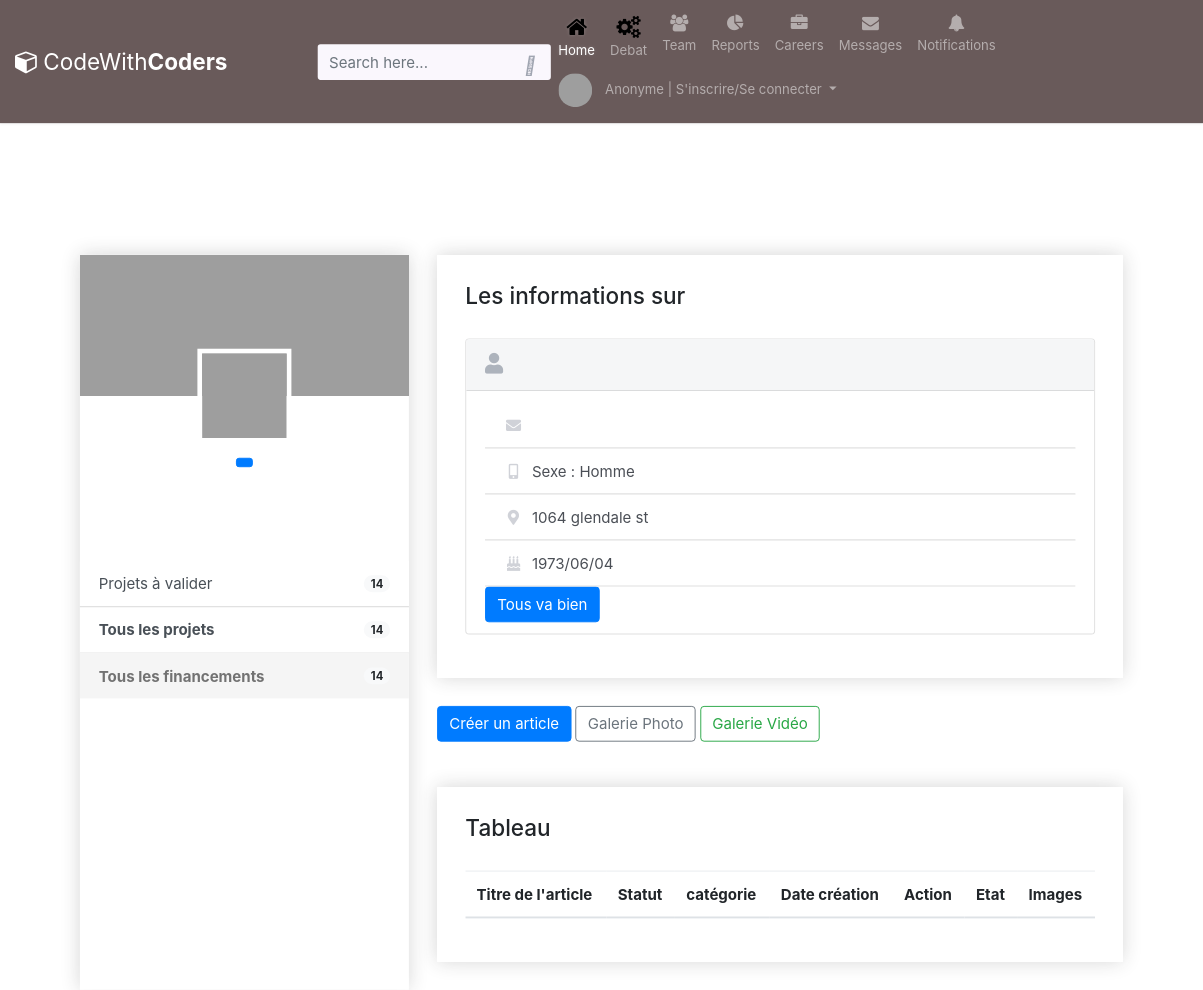
Repository: Yekpahi/Inews-symfony-news-app
Page: templates/user/user.html.twig
The author's editor kept a copy of each file at every save. The page is drawn from the files as they stood at one save, then again after the next save.
The browser window is 1280 px wide. The pictures show the whole page, at 94% of full size.
Pictures or frames that could not be fetched are drawn as grey boxes. Some web fonts or font styles are not loaded; a fallback is used. Some web libraries are served in a nearby version. The page is a Twig template of a Symfony application; nobody is signed in and links lead nowhere. The template is opened directly, without the code that normally fills it, so the values that code supplies are empty.

Above is the page before, as saved 2021-12-02 00:19:55.
Console error: TypeError: Cannot read properties of null (reading 'addEventListener')

### templates/user/user.html.twig
{% extends 'base.html.twig' %}

{% block title %}Ajouter un article!
{% endblock %}

{% block body %}

	{% block stylesheets %}
		<!--load all styles -->
		<link href="https://cdnjs.cloudflare.com/ajax/libs/twitter-bootstrap/4.1.3/css/bootstrap.min.css" rel="stylesheet"/>
		<link rel="stylesheet" type="text/css" href=" {{asset ('assets/css/user/user.css')}}"/>
	{% endblock %}

	<!--- Header -->

	<!-- Debut header-->
	{% block header %}
		{% include "header/header.html.twig" %}
	{% endblock %}


	<!--- Fin Header -->

	{% block visiteur %}
		{% include "user/myprofile.html.twig" %}
	{% endblock %}


{% endblock %}
{% block javascripts %}{% endblock %}

### templates/base.html.twig
<!DOCTYPE html>
<html>
	<head>
		<meta charset="UTF-8">
		<meta name="viewport" content="width=device-width, initial-scale=1">
		<title>
			{% block title %}Welcome!
			{% endblock %}
		</title>
		<link rel="stylesheet" href="https://pro.fontawesome.com/releases/v5.10.0/css/all.css" integrity="sha384-AYmEC3Yw5cVb3ZcuHtOA93w35dYTsvhLPVnYs9eStHfGJvOvKxVfELGroGkvsg+p" crossorigin="anonymous"/>
		{% block stylesheets %}
			{{ encore_entry_link_tags('app') }}

		{% endblock %}


	</head>
	<body>
		{% block body %}{% endblock %}
	</body>


	<script src="{{ asset('assets/script/images.js')}}"></script>
	<script src="{{ asset('assets/script/profile-membre.js')}}"></script>
	<script src="https://code.jquery.com/jquery-3.5.1.min.js"></script>
	<script src="https://cdn.jsdelivr.net/npm/bootstrap@4.6.0/dist/js/bootstrap.bundle.min.js"></script>
	{% block javascripts %}
		{{ encore_entry_script_tags('app') }}
	{% endblock %}


</html>

### templates/user/myprofile.html.twig
{% block myprofile %}

	<section class="user-page section-padding">
		<div class="container">
			<div class="row align-items-stretch">
				<div class="col-lg-4 col-md-5 col-xs-12">
					<div class="user-profile-box">
						<div class="header clearfix d-flex flex-column align-items-center">
							<h2>{{app.user.firstName}}
								{{app.user.lastName}}</h2>

							{% if app.user.avatar %}
								<img id="g-profile-img" class="img-fuid mb-3" alt="photo de {{ app.user.firstName }} {{ app.user.firstName }}" src="{{asset(('uploads/images/avatar/' ~ app.user.avatar)|imagine_filter('avatar')) }}">

							{% else %}
								<img id="g-profile-img" class="img-fuid mb-3" width="80" height="80" alt="avatar" src="{{ asset('uploads/images/avatars/avatar.jpg')}}">
							{% endif %}
						</div>
						<div class="mt-1 d-flex justify-content-center">
							<button class="btn btn-primary btn-sm mt-3">
								{% if app.user.roles[0] == "ROLE_USER" %}
									Visiteur
								{% elseif app.user.roles[0] == "ROLE_REDACTOR" %}
									Rédacteur
								{% elseif app.user.roles[0] == "ROLE_ADMIN" %}
									Administrateur
								{% elseif app.user.roles[0] == "ROLE_CONTRIBUTOR" %}
									Contributeur
								{% endif %}
							</button>
						</div>
						<div class="detail clearfix">
							<ul class="list-group list-group-flush">
								<a href="" class="list-group-item list-group-item-action d-flex justify-content-between align-items-center">
									Projets à valider
									<span class="badge badge-light badge-pill">14</span>
								</a>
								<a href="" class="list-group-item list-group-item-action d-flex justify-content-between align-items-center">
									<strong>Tous les projets</strong>
									<span class="badge badge-light badge-pill">14</span>
								</a>
								<a href="" class="active list-group-item list-group-item-action d-flex justify-content-between align-items-center">
									<strong>Tous les financements</strong>
									<span class="badge badge-light badge-pill">14</span>
								</a>
							</div>
							<!-- Détail-->
						</div>
						<!-- User profile box-->
					</div>
					<div class="col-lg-8 col-md-7 col-xs-12">
						<div class="dashborad-box">
							<h4 class="title">Les informations sur
								{{app.user.firstName}}
								{{app.user.lastName}}
							</h4>
							<div class="section-body">
								<section class="about mb-3">
									<div class="card mx-auto">
										<div class="card-header">
											<i class="fas fa-user mr-3"></i>
											<span>{{app.user.firstName}}
												{{app.user.lastName}}</span>
										</div>
										<div class="card-body">
											<ul class="list-group list-group-flush" data-target="personal-info">
												<li class="list-group-item">
													<i class="fas fa-envelope fa-fw"></i>
													<span>{{app.user.email}}</span>
												</li>

												<li class="list-group-item">
													<i class="fas fa-mobile-alt fa-fw"></i>
													{% if  app.user.sex == 0%}
														<span>
															Sexe : Homme</span>
													{% else %}
														<span>Sexe :  Femme</span>
													{% endif %}
												</li>

												<li class="list-group-item">
													<i class="fas fa-map-marker-alt fa-fw"></i>
													<span>1064 glendale st</span>
												</li>

												<li class="list-group-item">
													<i class="fas fa-birthday-cake fa-fw"></i>
													<span>1973/06/04</span>
												</li>

											</ul>
											{% if app.user %}

												{% else %}
													<a href="" type="button" class="btn btn-primary" data-toggle="button" aria-pressed="false" autocomplete="off">
														Tous va bien
													</a>
											{% endif %}

										</div>
									</div>
								</section>
								<!-- /about -->
								<!-- row -->
							</div>
							<!-- sbody -->
						</div>
						<a href="{{ path ('user_articles_ajout')}}" type="button" class="btn btn-primary mb-5">Créer un article</a>
						<button type="button" class="btn btn-outline-secondary mb-5 ">Galerie Photo</button>
						<button type="button" class="btn btn-outline-success mb-5">Galerie Vidéo</button>

						<!-- dashbox -->
						<div class="dashborad-box">
							<h4 class="title">Tableau</h4>
							<div class="section-body">

								<div class="table-responsive">
									<table class="table table-striped">
										<thead>
											<th>Titre de l'article</th>
											<th>Statut</th>
											<th>catégorie</th>
											<th>Date création</th>
											<th>Action</th>
											<th>Etat</th>
											<th>Images</th>
										</thead>
										{% for article in app.user.articles %}
											<tbody>
												<tr>
													<td>
														{{ article.title}}</td>
													<td>

														{% if article.active %}
															<span class="badge badge-pill badge-success">Activé</span>

														{% else %}
															<span class="badge badge-pill badge-danger">Desactivé</span>
														{% endif %}


													</td>
													<td>
														<span class="g-auteur">
															{{ article.categories.name}}</span>
														<br/>

													</td>
													<td>{{article.createdAt|date}}</td>
													<td>
														<a href="{{path('users_articles_delete',{id:article.id})}}">
															<span class="g-action fa fa-trash"></span>
														</a>
														<a href="{{path('users_articles_edit',{id:article.id})}}">
															<i class="fas fa-edit"></i>
														</a>

													</td>
													<td>
														{{ article.statut }}
													</td>

												</tr>
											</tbody>
										{% endfor %}
									</table>
								</div>
							</div>
						</h4>
					</div>

					<!-- Dbox -->
				</div>
			</div>
		</div>
	</section>
{% endblock %}

### public/assets/css/header/header.css
body {
  background: #eeeeee;
  font-family: "Varela Round", sans-serif;
}

.form-inline {
  display: inline-block;
}

.navbar-header.col {
  padding: 0 !important;
}

.navbar {
  color: #fff;
  background: #695a5a;
  padding: 5px 16px;
  border-radius: 0;
  border: none;
  box-shadow: 0 0 4px rgba(0, 0, 0, 0.1);
}

.navbar img {
  border-radius: 50%;
  width: 36px;
  height: 36px;
  margin-right: 10px;
}

.navbar .navbar-brand {
  color: #efe5ff;
  padding-left: 0;
  padding-right: 50px;
  font-size: 24px;
}

.navbar .navbar-brand:hover,
.navbar .navbar-brand:focus {
  color: #fff;
}

.navbar .navbar-brand i {
  font-size: 25px;
  margin-right: 5px;
}

.search-box {
  position: relative;
}

.search-box input {
  padding-right: 35px;
  min-height: 38px;
  border: none;
  background: #faf7fd;
  border-radius: 3px !important;
}

.search-box input:focus {
  background: #fff;
  box-shadow: none;
}

.search-box .input-group-addon {
  min-width: 35px;
  border: none;
  background: transparent;
  position: absolute;
  right: 0;
  z-index: 9;
  padding: 10px 7px;
  height: 100%;
}

.search-box i {
  color: #a0a5b1;
  font-size: 19px;
}

.navbar .nav-item i {
  font-size: 18px;
}

.navbar .nav-item span {
  position: relative;
  top: 3px;
}

.navbar .nav > li a {
  color: #efe5ff;
  padding: 8px 15px;
  font-size: 14px;
}

.navbar .nav > li a:hover,
.navbar .nav > li a:focus {
  color: #fff;
  text-shadow: 0 0 4px rgba(255, 255, 255, 0.3);
}

.navbar .nav > li > a > i {
  display: block;
  text-align: center;
}

.navbar .dropdown-item i {
  font-size: 16px;
  min-width: 22px;
}

.navbar .dropdown-item .material-icons {
  font-size: 21px;
  line-height: 16px;
  vertical-align: middle;
  margin-top: -2px;
}

.navbar .nav-item.open > a,
.navbar .nav-item.open > a:hover,
.navbar .nav-item.open > a:focus {
  color: #fff;
  background: none !important;
}

.navbar .dropdown-menu {
  border-radius: 1px;
  border-color: #e5e5e5;
  box-shadow: 0 2px 8px rgba(0, 0, 0, 0.05);
}

.navbar .dropdown-menu li a {
  color: #777 !important;
  padding: 8px 20px;
  line-height: normal;
}

.navbar .dropdown-menu li a:hover,
.navbar .dropdown-menu li a:focus {
  color: #333 !important;
  background: transparent !important;
}

.navbar .nav .active a,
.navbar .nav .active a:hover,
.navbar .nav .active a:focus {
  color: #fff;
  text-shadow: 0 0 4px rgba(255, 255, 255, 0.2);
  background: transparent !important;
}

.navbar .nav .user-action {
  padding: 9px 15px;
}

.navbar .navbar-toggle {
  border-color: #fff;
}

.navbar .navbar-toggle .icon-bar {
  background: #fff;
}

.navbar .navbar-toggle:focus,
.navbar .navbar-toggle:hover {
  background: transparent;
}

.navbar .navbar-nav .open .dropdown-menu {
  background: #faf7fd;
  border-radius: 1px;
  border-color: #faf7fd;
  box-shadow: 0 2px 8px rgba(0, 0, 0, 0.05);
}

.navbar .divider {
  background-color: #e9ecef !important;
}

@media (min-width: 1200px) {
  .form-inline .input-group {
    width: 350px;
    margin-left: 30px;
  }
}
@media (max-width: 1199px) {
  .navbar .nav > li > a > i {
    display: inline-block;
    text-align: left;
    min-width: 30px;
    position: relative;
    top: 4px;
  }

  .navbar .navbar-collapse {
    border: none;
    box-shadow: none;
    padding: 0;
  }

  .navbar .navbar-form {
    border: none;
    display: block;
    margin: 10px 0;
    padding: 0;
  }

  .navbar .navbar-nav {
    margin: 8px 0;
  }

  .navbar .navbar-toggle {
    margin-right: 0;
  }

  .input-group {
    width: 100%;
  }
}/*# sourceMappingURL=header.css.map */

### templates/user/visiteur.html.twig
{% block visiteur %}

	<section class="user-page section-padding">
		<div class="container">
			<div class="row align-items-stretch">
				<div class="col-lg-4 col-md-5 col-xs-12">
					<div class="user-profile-box">
						<div class="header clearfix d-flex flex-column align-items-center">
							<h2>{{user.firstName}}
								{{user.lastName}}</h2>

							{% if user.avatar %}
								<img id="g-profile-img" class="img-fuid mb-3" alt="photo de {{ user.firstName }} {{ user.firstName }}" src="{{asset(('uploads/images/avatar/' ~ user.avatar)|imagine_filter('avatar')) }}">

							{% else %}
								<img id="g-profile-img" class="img-fuid mb-3" width="80" height="80" alt="avatar" src="{{ asset('uploads/images/avatars/avatar.jpg')}}">
							{% endif %}
						</div>
						<div class="mt-1 d-flex justify-content-center">
							<button class="btn btn-primary btn-sm mt-3">
								{% if user.roles[0] == "ROLE_USER" %}
									Visiteur
								{% elseif user.roles[0] == "ROLE_REDACTOR" %}
									Rédacteur
								{% elseif user.roles[0] == "ROLE_ADMIN" %}
									Administrateur
								{% elseif user.roles[0] == "ROLE_CONTRIBUTOR" %}
									Contributeur
								{% endif %}
							</button>
						</div>
						<div class="detail clearfix">
							<ul class="list-group list-group-flush">
								<a href="" class="list-group-item list-group-item-action d-flex justify-content-between align-items-center">
									Projets à valider
									<span class="badge badge-light badge-pill">14</span>
								</a>
								<a href="" class="list-group-item list-group-item-action d-flex justify-content-between align-items-center">
									<strong>Tous les projets</strong>
									<span class="badge badge-light badge-pill">14</span>
								</a>
								<a href="" class="active list-group-item list-group-item-action d-flex justify-content-between align-items-center">
									<strong>Tous les financements</strong>
									<span class="badge badge-light badge-pill">14</span>
								</a>
							</div>
							<!-- Détail-->
						</div>
						<!-- User profile box-->
					</div>
					<div class="col-lg-8 col-md-7 col-xs-12">
						<div class="dashborad-box">
							<h4 class="title">Les informations sur
								{{user.firstName}}
								{{user.lastName}}
							</h4>
							<div class="section-body">
								<section class="about mb-3">
									<div class="card mx-auto">
										<div class="card-header">
											<i class="fas fa-user mr-3"></i>
											<span>{{user.firstName}}
												{{user.lastName}}</span>
										</div>
										<div class="card-body">
											<ul class="list-group list-group-flush" data-target="personal-info">
												<li class="list-group-item">
													<i class="fas fa-envelope fa-fw"></i>
													<span>{{user.email}}</span>
												</li>

												<li class="list-group-item">
													<i class="fas fa-mobile-alt fa-fw"></i>
													{% if  user.sex == 0%}
														<span>
															Sexe : Homme</span>
													{% else %}
														<span>Sexe :  Femme</span>
													{% endif %}
												</li>

												<li class="list-group-item">
													<i class="fas fa-map-marker-alt fa-fw"></i>
													<span>1064 glendale st</span>
												</li>

												<li class="list-group-item">
													<i class="fas fa-birthday-cake fa-fw"></i>
													<span>1973/06/04</span>
												</li>

											</ul>
											{% if is_granted('IS_AUTHENTICATED_FULLY') %}


												<a href="" type="button" class="btn btn-primary" data-toggle="button" aria-pressed="false" autocomplete="off">
													Tous va bien
												</a>
											{% else %}
												<a href="" type="button" class="btn btn-primary" data-toggle="button" aria-pressed="false" autocomplete="off">
													Rien ne va pas
												</a>
											{% endif %}


										</div>
									</div>
								</section>
								<!-- /about -->
								<!-- row -->
							</div>
							<!-- sbody -->
						</div>
						<a href="{{ path ('user_articles_ajout')}}" type="button" class="btn btn-primary mb-5">Créer un article</a>
						<button type="button" class="btn btn-outline-secondary mb-5 ">Galerie Photo</button>
						<button type="button" class="btn btn-outline-success mb-5">Galerie Vidéo</button>

						<!-- dashbox -->
						<div class="dashborad-box">
							<h4 class="title">Tableau</h4>
							<div class="section-body">

								<div class="table-responsive">
									<table class="table table-striped">
										<thead>
											<th>Titre de l'article</th>
											<th>Statut</th>
											<th>catégorie</th>
											<th>Date création</th>
											<th>Action</th>
											<th>Etat</th>
											<th>Images</th>
										</thead>
										{% for article in user.articles %}
											<tbody>
												<tr>
													<td>
														{{ article.title}}</td>
													<td>

														{% if article.active %}
															<span class="badge badge-pill badge-success">Activé</span>

														{% else %}
															<span class="badge badge-pill badge-danger">Desactivé</span>
														{% endif %}


													</td>
													<td>
														<span class="g-auteur">
															{{ article.categories.name}}</span>
														<br/>

													</td>
													<td>{{article.createdAt|date}}</td>
													<td>
														<a href="{{path('users_articles_delete',{id:article.id})}}">
															<span class="g-action fa fa-trash"></span>
														</a>
														<a href="{{path('users_articles_edit',{id:article.id})}}">
															<i class="fas fa-edit"></i>
														</a>

													</td>
													<td>
														{{ article.statut }}
													</td>

												</tr>
											</tbody>
										{% endfor %}
									</table>
								</div>
							</div>
						</h4>
					</div>

					<!-- Dbox -->
				</div>
			</div>
		</div>
	</section>
{% endblock %}

Loaded but not shown: public/assets/script/images.js (34 lines, source omitted); public/assets/script/profile-membre.js (8 lines, source omitted); public/assets/css/user/user.css (793 lines, source omitted); templates/header/header.html.twig (187 lines, source omitted)

After the next save:
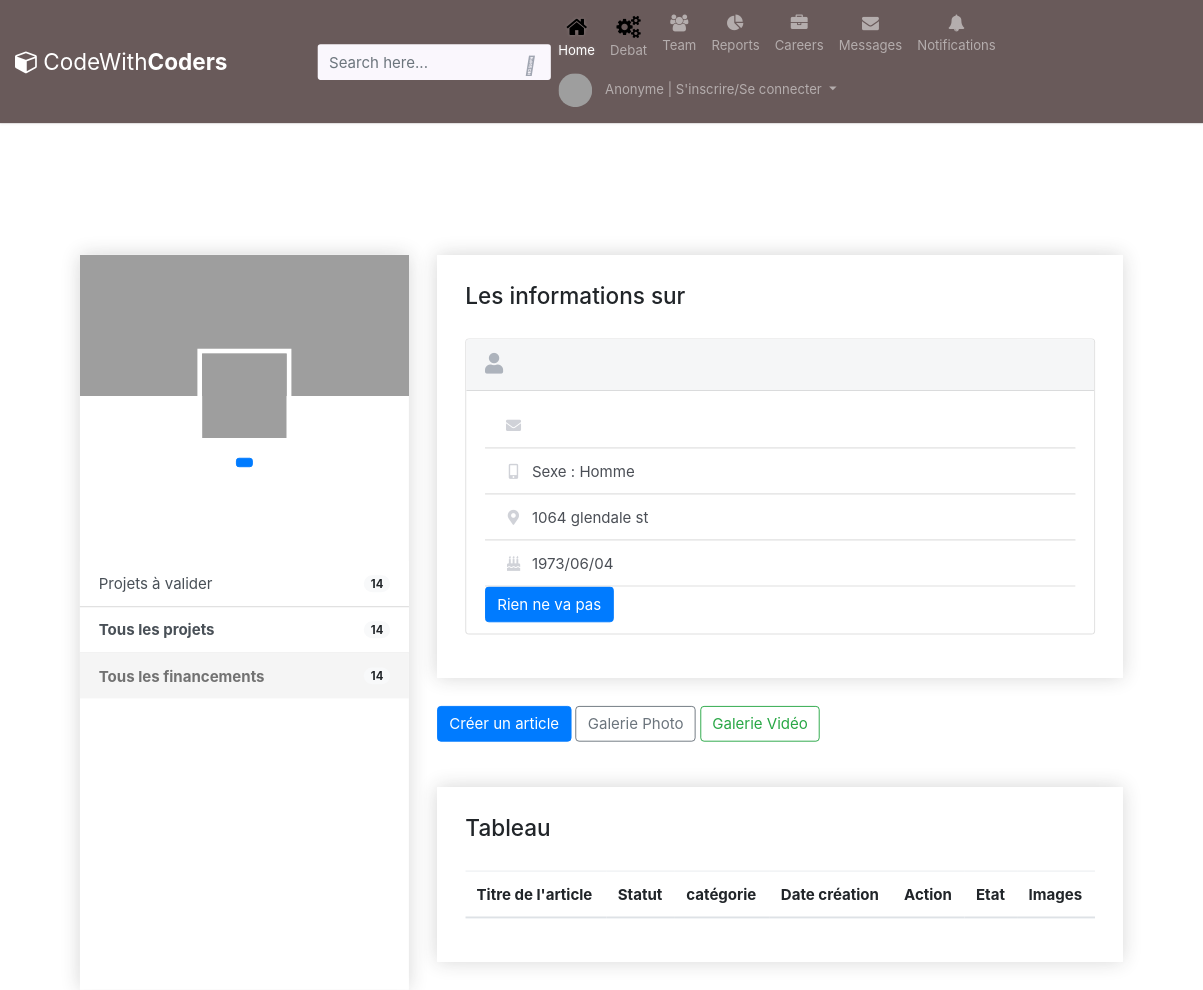
Saved 36 s later.
--- a/templates/user/user.html.twig
+++ b/templates/user/user.html.twig
@@ -22,7 +22,7 @@
 	<!--- Fin Header -->
 
 	{% block visiteur %}
-		{% include "user/myprofile.html.twig" %}
+		{% include "user/visiteur.html.twig" %}
 	{% endblock %}
 
 
